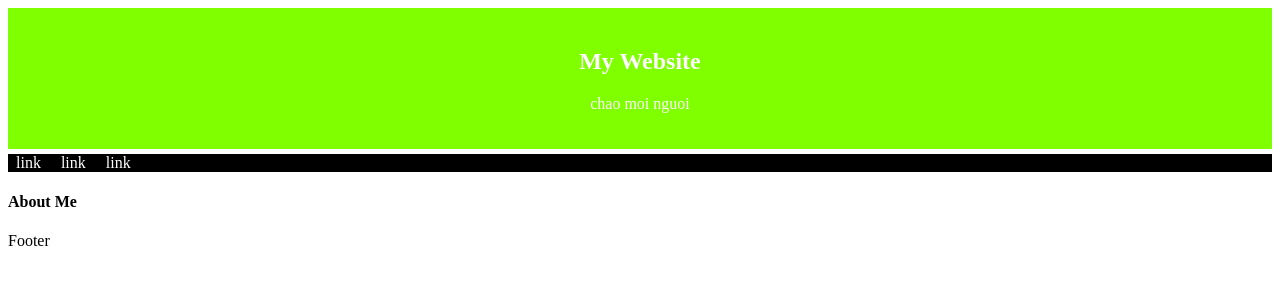
Repository: Lehuyhuynh/BTH2-CSS
Page: BTH2/index,.html
These files come from the project's save history. The page is drawn as it stood at one moment and after a run of saves; the edit follows.
The browser window is 1280 px wide. The pictures show the whole page.

Above is the page before, as saved 2023-08-09 23:07:36.

After the next 4 saves:
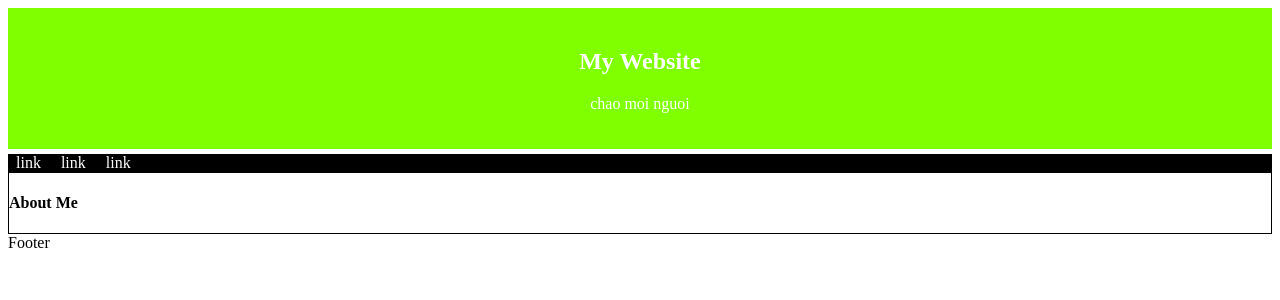
The 4 saves are shown as one change because they came seconds apart.
The last was saved 14 s later.
--- a/BTH2/style.css
+++ b/BTH2/style.css
@@ -19,5 +19,5 @@ p{
   margin: 8px;
 }
 .left{
-  border: ;
+  border: 1px solid;
 }
